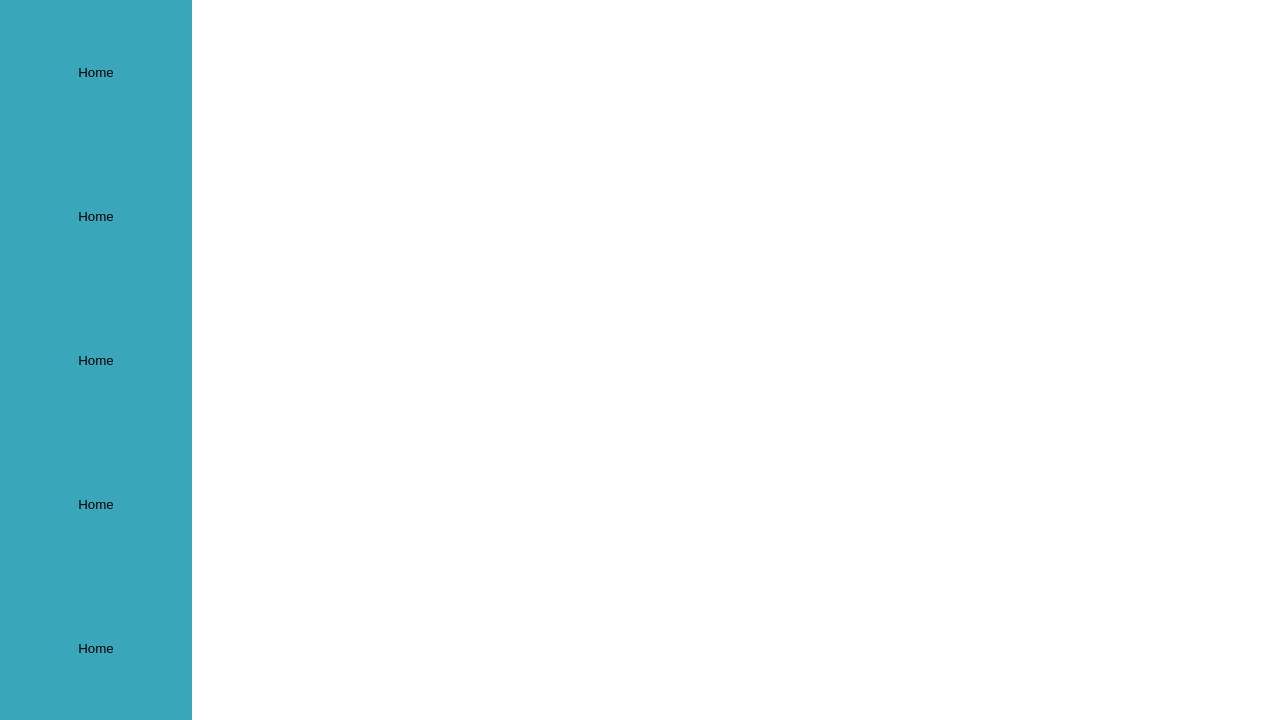
Repository: Tahaa2t/Researchers
Page: /
An editor plug-in stored every save of this project. The page is shown before and after the next save, followed by the edit.
The browser window is 1280 px wide. The pictures show the whole page.
The project was rebuilt for these pictures with package versions that can differ from the ones it lists, and the page was loaded fresh each time. Also part of the build but not shown: src/Components/loginform.js, src/Components/HomePage.js.

Above is the page before, as saved 2023-07-05 22:23:00.

### src/App.js
import { BrowserRouter, Routes, Route } from "react-router-dom";
import "./App.css"
import LoginForm from "./Components/loginform"
import HomePage from "./Components/HomePage";
import Navbar from "./Components/Navbar";

// color pallet
// #3aa6b9
// #D0E8E1
// #348472


function App() {



  return (
    <div className="App">

      {/* <LoginForm /> */}
      <Navbar />
      {/* <BrowserRouter>
        <Routes>
          <Route path="/" Component={<LoginForm />} />
          <Route path="/home" Component={<HomePage />} />
        </Routes>
      </BrowserRouter> */}
    </div>
  );
}

export default App;

### src/Components/Navbar.js
import React, { useState } from "react";
import { useNavigate } from 'react-router-dom';
import axios from 'axios';
import "./css/navbarstyle.scss";

const Navbar = () => {
  return (
    <div className="navbar-boundry">
      <nav className="nav-setting">
        <button className="btn home-btn" href="/#">
          Home
        </button>
        <button className="btn home-btn" href="/#">
          Home
        </button>
        <button className="btn home-btn" href="/#">
          Home
        </button>
        <button className="btn home-btn" href="/#">
          Home
        </button>
        <button className="btn home-btn" href="/#">
          Home
        </button>


      </nav>





    </div>
  )
}

export default Navbar

### src/Components/css/loginstyle.css
@import url('https://fonts.googleapis.com/css?family=Josefin+Sans');


/* notes

---centering something---
display: flex;
  justify-content: center;
  align-items: center;



--- neechay ya uper se qareeb krna ho tou---
.check-btn {
  position: relative;
  bottom: 3em;
}
*/


* {
  margin: 0;
  box-sizing: border-box;
}

.page {
  background-color: #3aa6b9;
  height: 100vh;
  width: 100%;
  display: flex;
  justify-content: space-around;
  align-items: center;
  font-family: 'Josefin Sans', cursive;
}

.cover {
  background-image: linear-gradient(#D0E8E1, rgba(178, 209, 233, 0));
  width: 50%;
  min-width: 240px;
  max-width: 800px;
  height: 620px;
  position: fixed;
  border-radius: 0.5em;
  display: flex;
  flex: 1 1 200;
  flex-direction: column;
  align-items: center;
  justify-content: space-evenly;
  flex-wrap: wrap;
}

h1 {
  color: rgb(3, 45, 77);
  display: flex;
  flex-wrap: wrap;
}

.user-input {

  display: flex;
  /* flex-direction: column; */
  justify-content: space-evenly;
  width: 80%;
  height: 10%;
  flex-wrap: wrap;
  /* background-color: green; */
}
input[type=text]{
  background-color: rgba(0,0,0,0);
  border-color: #348472;
  border-radius: 8px 8px 8px 8px;
  border-width: 10%;
  border-style: solid;
  display: flex;
  justify-content: space-evenly;
  margin: 8px;
  /* outline-color: rgb(6, 106, 183); */
  height: 44px;
  width: 240px;
  /* bottom: -1.5em; */
}


input[type=password]{
  background-color: rgba(0,0,0,0);
  border-color: #348472;
  border-radius: 8px 8px 8px 8px;
  border-width: 10%;
  border-style: solid;
  display: flex;
  justify-content: space-evenly;
  margin: 8px;
  /* outline-color: rgb(6, 106, 183); */
  height: 44px;
  width: 240px;
  /* position: relative;
  top: -1.5em; */
}

input:focus {
  background-color: #348472;
  opacity: 50%;
}

.line{
  text-decoration: underline;
  color: black;
}

.login-btn {
  appearance: none;
  background-color: rgba(0,0,0,0);
  border-width: 0;
  box-sizing: border-box;
  color: black;
  cursor: pointer;
  display: inline-block;
  font-family: Clarkson,Helvetica,sans-serif;
  font-size: 14px;
  font-weight: 500;
  letter-spacing: 0;
  line-height: 1em;
  margin: 0;
  opacity: 1;
  outline: 0;
  padding: 1.5em 2.2em;
  position: relative;
  text-align: center;
  text-decoration: none;
  text-rendering: geometricprecision;
  text-transform: uppercase;
  transition: opacity 300ms cubic-bezier(.694, 0, 0.335, 1),background-color 100ms cubic-bezier(.694, 0, 0.335, 1),color 100ms cubic-bezier(.694, 0, 0.335, 1);
  user-select: none;
  -webkit-user-select: none;
  touch-action: manipulation;
  vertical-align: baseline;
  white-space: nowrap;
  display: flex;
  justify-content: center;
  align-items: center;
}

.login-btn:before {
  animation: opacityFallbackOut .5s step-end forwards;
  backface-visibility: hidden;
  background-color: #348472;
  opacity: 50%;
  clip-path: polygon(-1% 0, 0 0, -25% 100%, -1% 100%);
  content: "";
  height: 100%;
  left: 0;
  position: absolute;
  top: 0;
  transform: translateZ(0);
  transition: clip-path .5s cubic-bezier(.165, 0.84, 0.44, 1), -webkit-clip-path .5s cubic-bezier(.165, 0.84, 0.44, 1);
  width: 100%;
}

.login-btn:hover:before {
  animation: opacityFallbackIn 0s step-start forwards;
  clip-path: polygon(0 0, 101% 0, 101% 101%, 0 101%);
}

.login-btn:after {
  background-color: #FFFFFF;
}

.login-btn span {
  z-index: 1;
  position: relative;
}


.check-btn input {
  display:inline-block;
  margin-right:10px;
}
.check-btn p {
  display:inline-block;
}



/* use state */
.hide {
  display: none;
}

.login-popup {
  position: absolute;
  width: 40em;
  height: 35em;
  display: flex;
  flex-direction: column;
  align-items: center;
  justify-content: center;
  border-radius: 0.25em;
  outline-color: rgb(3, 58, 101);
  background-color: rgba(0,0,0,0);
  backdrop-filter: blur(5px);
  /* color: rgb(3, 58, 101); */
  bottom: 0;
  transform: scale(1);
  transform: 1.5s;
}

### src/Components/css/navbarstyle.scss

$Background-color: #3AA6B9;
$Button-color: #c1dad4;
// $hover-color:

* {
  margin: 0;
  box-sizing: border-box;
}

nav {
  width: 15%;
  height: 100%;
  background-color: $Background-color;
  display: flex;
  justify-content: center;
  align-items: center;
  flex-direction: column;
  position: fixed;
}
.btn {
  background-color: transparent;
  border: 30px solid black;
  width: 94%;
  text-align: center;
  border-radius: 0px 20px 20px 0px;
  border: none;
  margin: 4px;
  display: flex;
  flex: 1;
  justify-content: center;
  align-items: center;
  transition: 0.5s;
}

.btn:hover {
  box-shadow: inset 17em 0 0 0 pink;
  transition: 0.5s;
}

Loaded but not shown: public/index.html (common file); src/index.js (common file); src/reportWebVitals.js (common file); src/App.css (common file)

After the next save:
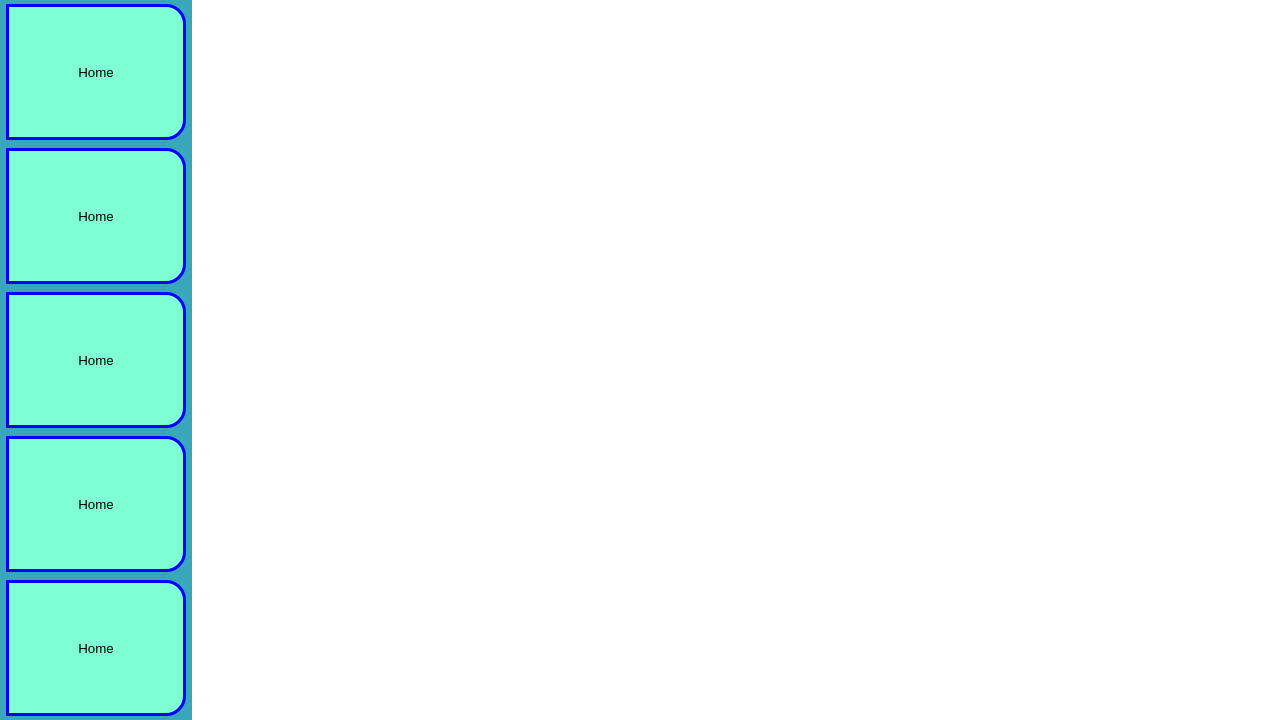
Saved 18 s later.
--- a/src/Components/css/navbarstyle.scss
+++ b/src/Components/css/navbarstyle.scss
@@ -19,12 +19,11 @@ nav {
   position: fixed;
 }
 .btn {
-  background-color: transparent;
-  border: 30px solid black;
+  background-color: aquamarine;
   width: 94%;
   text-align: center;
   border-radius: 0px 20px 20px 0px;
-  border: none;
+  border: 3px solid blue;
   margin: 4px;
   display: flex;
   flex: 1;
